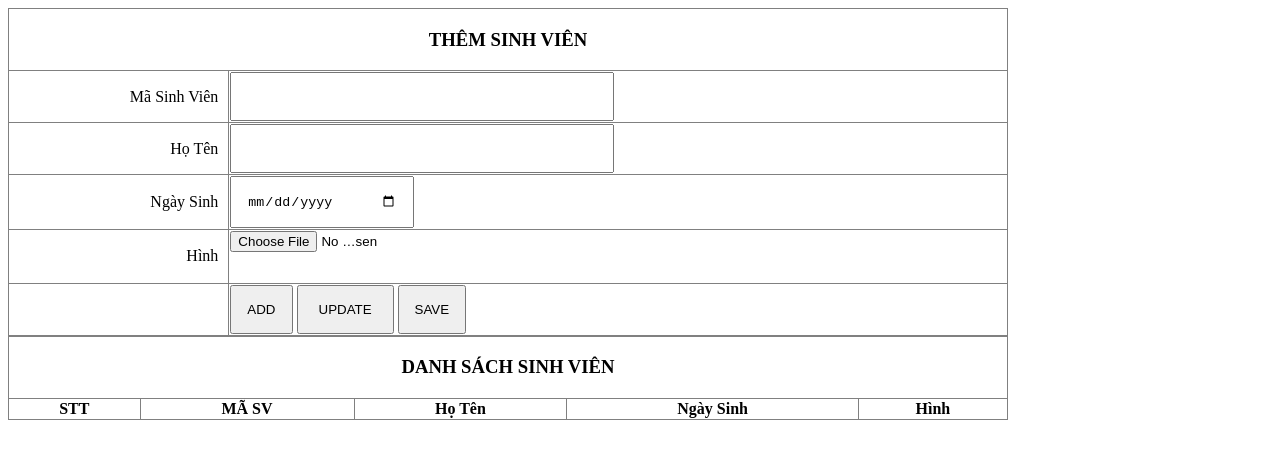
Repository: Tan-Khang21/TH_TKW--Buoi_04
Page: Bai_Tap_Mau/Bai_04/Bai_04.html
An editor plug-in stored every save of this project. The page is shown before and after the next save, followed by the edit.
The browser window is 1280 px wide. The pictures show the whole page.

Above is the page before, as saved 2024-03-06 10:06:36.

### Bai_Tap_Mau/Bai_04/Bai_04.html
<!DOCTYPE html>
<html lang="en">
<head>
    <meta charset="UTF-8">
    <meta name="viewport" content="width=device-width, initial-scale=1.0">
    <title>Document</title>
</head>
<body>
    <table border="1px" style="width: 1000px; border-collapse: collapse;">
        <tr>
            <th colspan="3" ><h3>THÊM SINH VIÊN</h3></th>
        </tr>
        <tr>
            <td align="right" style="padding: 10px;">Mã Sinh Viên</td>
            <td colspan="2"> <input type="text" style="width:350px; padding: 15px;"></td>
        </tr>
        <tr>
            <td align="right" style="padding: 10px;">Họ Tên</td>
            <td colspan="2"> <input type="text" style="width:350px; padding: 15px;"></td>
        </tr>
        <tr>
            <td align="right" style="padding: 10px;">Ngày Sinh</td>
            <td colspan="2"> <input type="date" style="width:150px; padding: 15px;"></td>
        </tr>
        <tr>
            <td align="right" style="padding: 10px;">Hình</td>
            <td colspan="2"> <input type="file" style="width:150px; padding-bottom: 30px; "></td>
        </tr>
        <tr>
            <td align="right" style="padding: 10px;"></td>
            <td colspan="2"> <input type="button" value="ADD" style=" padding: 15px;">
            <input type="button" value="UPDATE" style=" padding: 15px 20px;">
            <input type="button" value="SAVE" style=" padding: 15px;"></td>
        </tr>
    </table>
    <table border="1px" style="width: 1000px; border-collapse: collapse;">
        <tr>
            <th colspan="5" ><h3 style="text-transform: uppercase;">Danh Sách Sinh Viên</h3></th>
        </tr>
        <tr>
            <th>STT</th>
            <th>MÃ SV</th>
            <th>Họ Tên</th>
            <th>Ngày Sinh</th>
            <th>Hình</th>
        </tr>
    </table>
</body>
</html>

After the next save:
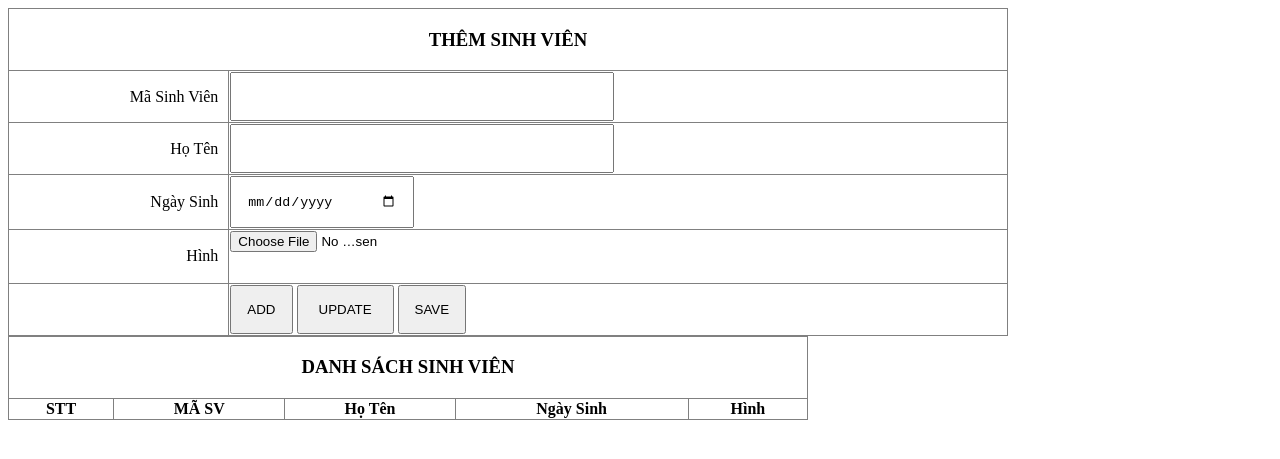
Saved 41 s later.
--- a/Bai_Tap_Mau/Bai_04/Bai_04.html
+++ b/Bai_Tap_Mau/Bai_04/Bai_04.html
@@ -33,7 +33,7 @@
             <input type="button" value="SAVE" style=" padding: 15px;"></td>
         </tr>
     </table>
-    <table border="1px" style="width: 1000px; border-collapse: collapse;">
+    <table border="1px" style="width: 800px; border-collapse: collapse;">
         <tr>
             <th colspan="5" ><h3 style="text-transform: uppercase;">Danh Sách Sinh Viên</h3></th>
         </tr>
